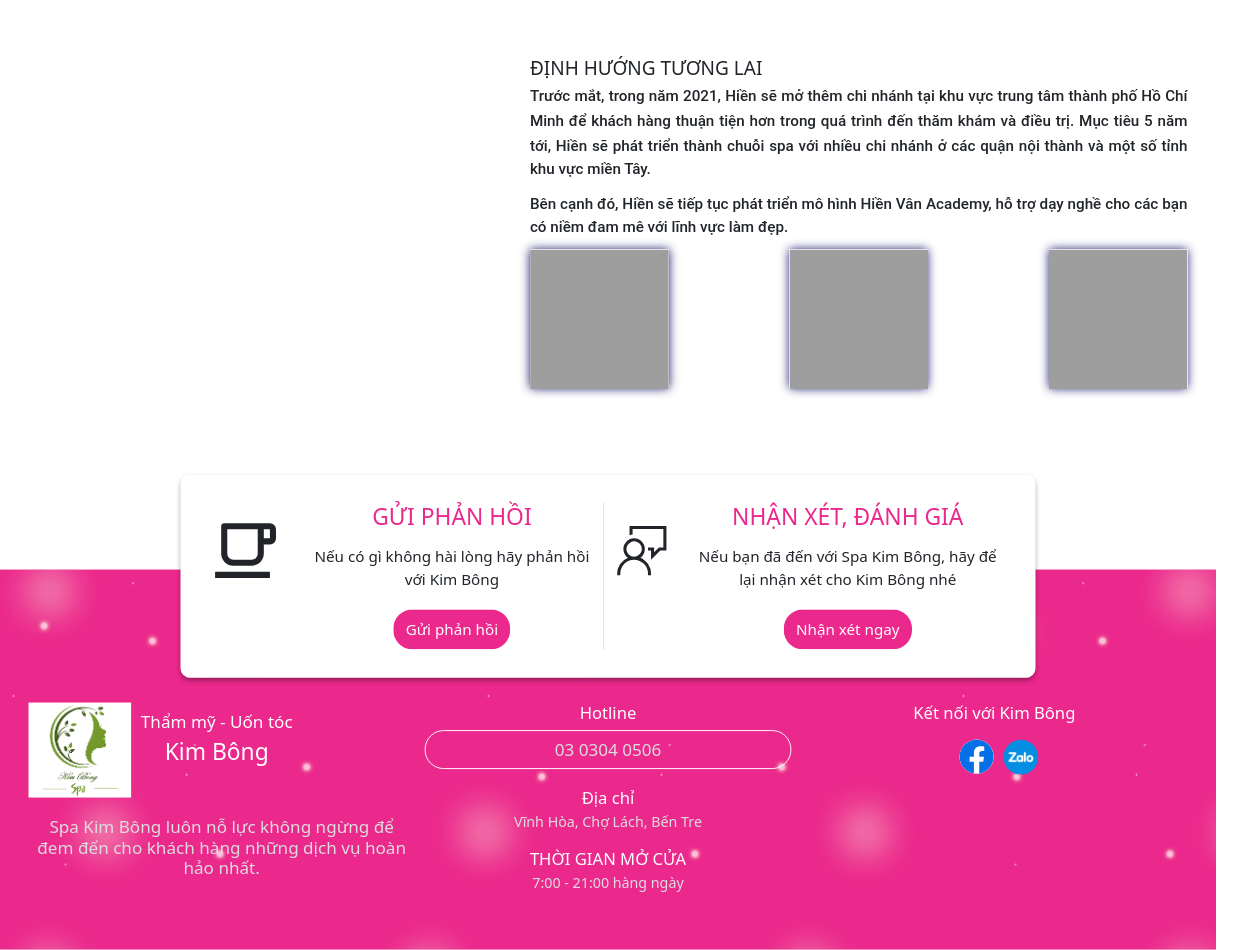
Repository: tranduykhuong/SpaKimBong
Page: /about
These files come from the project's save history. The page is drawn as it stood at one moment and after the next save; the edit follows.
The browser window is 1280 px wide. The page is 1302 px wide, so the pictures cover 1302 px, including what lies to the right of the window. The pictures show the part of the page from y = 2229 to 3229 px (the page is 3229 px tall), at 95% of full size.
The pointer rests on the first visible `.box-image`.
Pictures or frames that could not be fetched are drawn as grey boxes. The project was rebuilt for these pictures with package versions that can differ from the ones it lists, and the page was loaded fresh each time. Also part of the build but not shown: src/components/Header/Slider/slider.scss, src/components/Header/Slider/Slider.js, src/components/Header/ListImage/listImage.scss, src/components/Header/ListImage/ListImage.js, src/pages/Home/home.scss, src/pages/Home/ListImage/listImage.scss, src/pages/Home/ListImage/ListImage.js, src/pages/Home/BookOnline/bookOnl.scss and 6 more.

Above is the page before, as saved 2022-06-03 22:49:52.

After the next save:
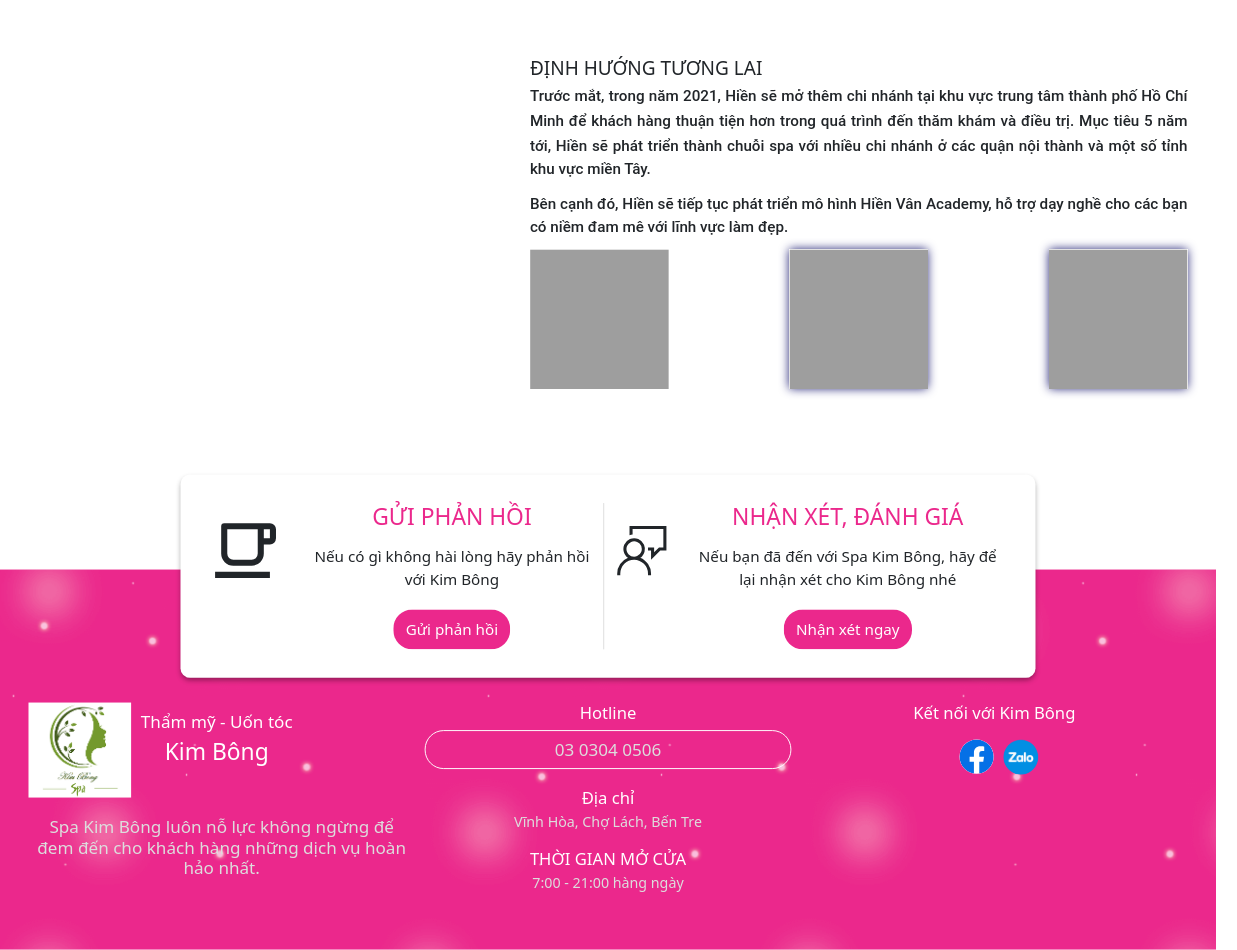
Saved 4 s later.
--- a/src/pages/About/About.scss
+++ b/src/pages/About/About.scss
@@ -172,7 +172,7 @@
           }
 
           .box-image:hover{
-            box-sizing: none;
+            box-shadow: none;
           }
         }
       }
